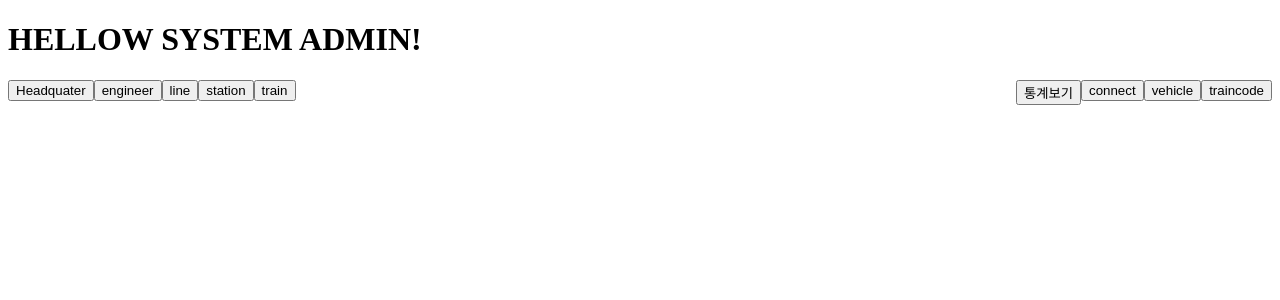
Repository: CISXO/JSP
Page: http://localhost/DB_Project/Sys_admin.jsp
An editor plug-in stored every save of this project. The page is shown before and after the next save, followed by the edit.
The browser window is 1280 px wide. The pictures show the whole page.
The page is served by Tomcat 9.

Above is the page before, as saved 2022-12-21 09:54:57.

After the next save:
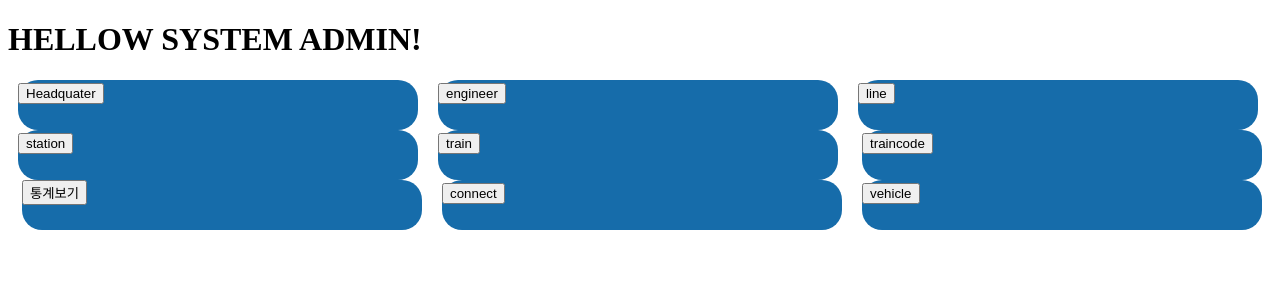
Saved 67 s later.
--- a/DbProject/DB_Project/src/main/webapp/Sys_admin.jsp
+++ b/DbProject/DB_Project/src/main/webapp/Sys_admin.jsp
@@ -7,11 +7,31 @@
 <title>Insert title here</title>
 <style type="text/css">
 .loginButtonL{
+
+    width: 400px;
+    height: 50px;
+    margin: 0px 10px;
+    color: #fff;
+    background: #166caa;
+    border: none;
+    border-radius: 20px;
+    font-size: 20px;
+    cursor: pointer;
 float:left;
 
 }
 
 .loginButtonR{
+
+    width: 400px;
+    height: 50px;
+    margin: 0px 10px;
+    color: #fff;
+    background: #166caa;
+    border: none;
+    border-radius: 20px;
+    font-size: 20px;
+    cursor: pointer;
 float:right;
 
 }
